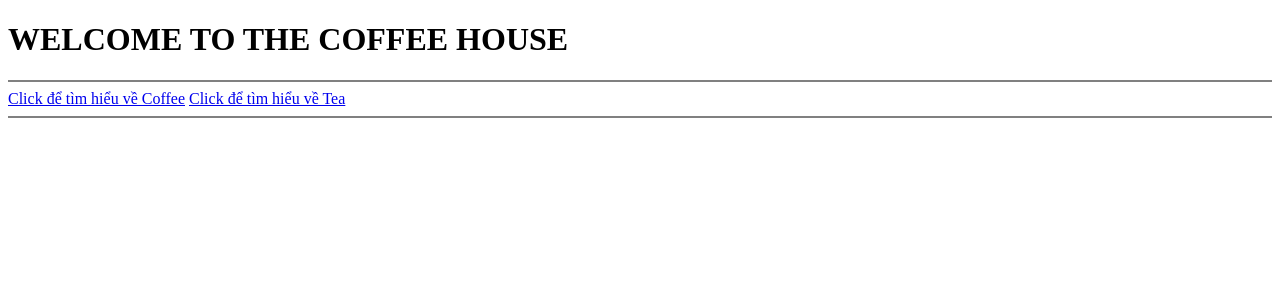
Repository: giahuy405/HomeWork_Coffee
Page: index.html
The author's editor kept a copy of each file at every save. The page is drawn from the files as they stood at one save, then again after the next save.
The browser window is 1280 px wide. The pictures show the whole page.

Above is the page before, as saved 2022-09-07 01:04:01.

After the next save:
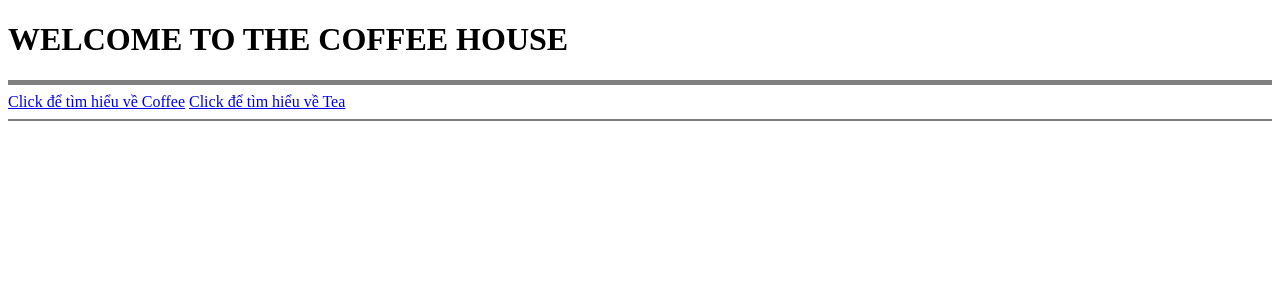
Saved 19 s later.
--- a/index.html
+++ b/index.html
@@ -10,7 +10,7 @@
 <body>
     <header>
         <h1>WELCOME TO THE COFFEE HOUSE</h1>
-        <hr noshade>
+        <hr size="5px" noshade>
         <nav>
             <a href="#">Click để tìm hiểu về Coffee</a>
             <a href="#">Click để tìm hiểu về Tea</a>
